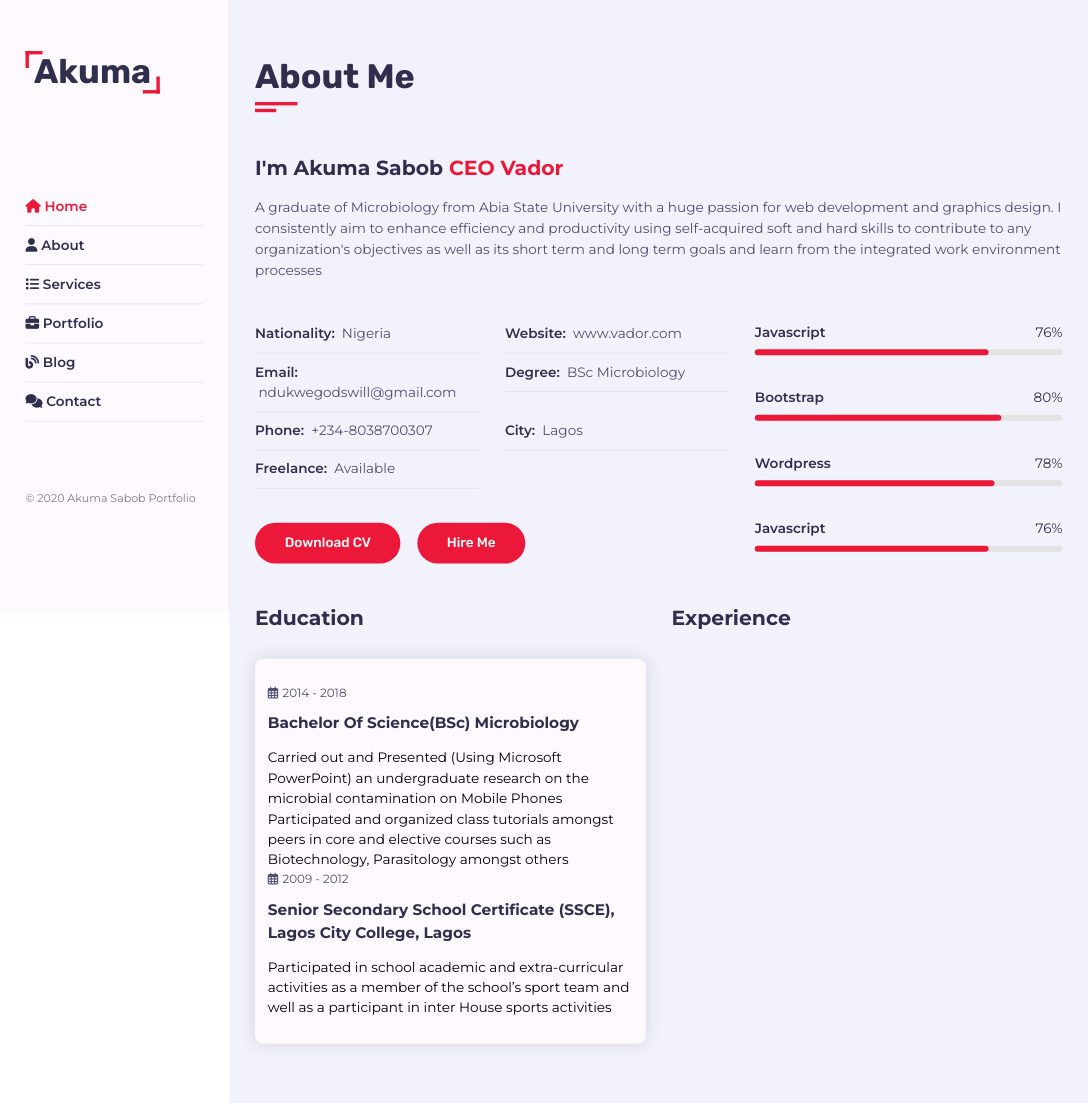
Repository: Akuma001/MY-Portfolio
Page: index.html
These files come from the project's save history. The page is drawn as it stood at one moment and after the next save; the edit follows.
The browser window is 1280 px wide. The pictures show the whole page, at 85% of full size.
Some web libraries are served in a nearby version.

Above is the page before, as saved 2020-12-13 23:25:36.

After the next save:
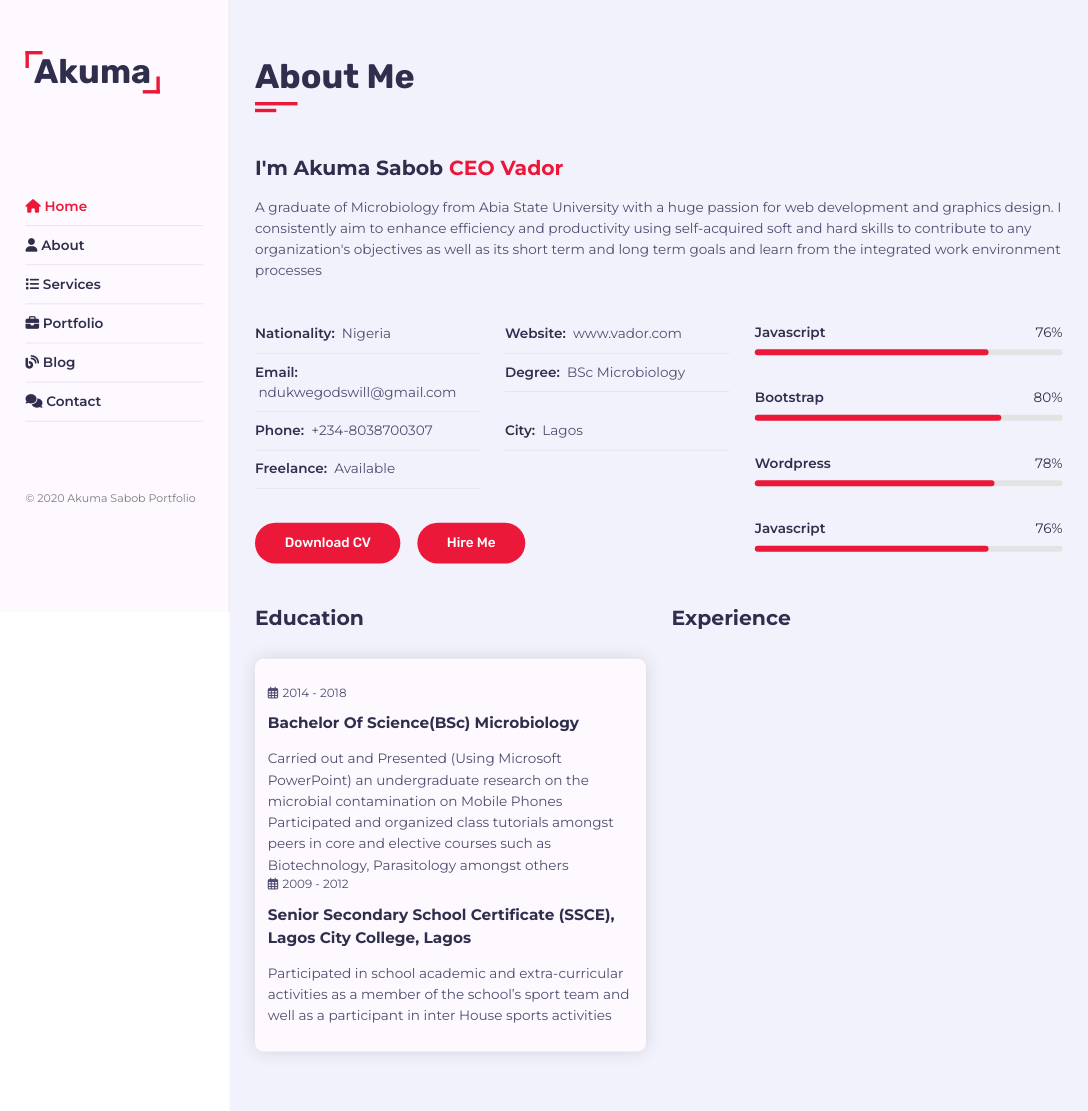
Saved 85 s later.
--- a/css/style.css
+++ b/css/style.css
@@ -446,4 +446,9 @@ body{
     text-transform: capitalize;
     color: #302e4d;
 }
-.about .about-content .timeline .timeline-text{}
+.about .about-content .timeline .timeline-text{
+    font-size: 16px;
+    line-height: 25px;
+    color: #504e70;
+    margin: 0;
+}
